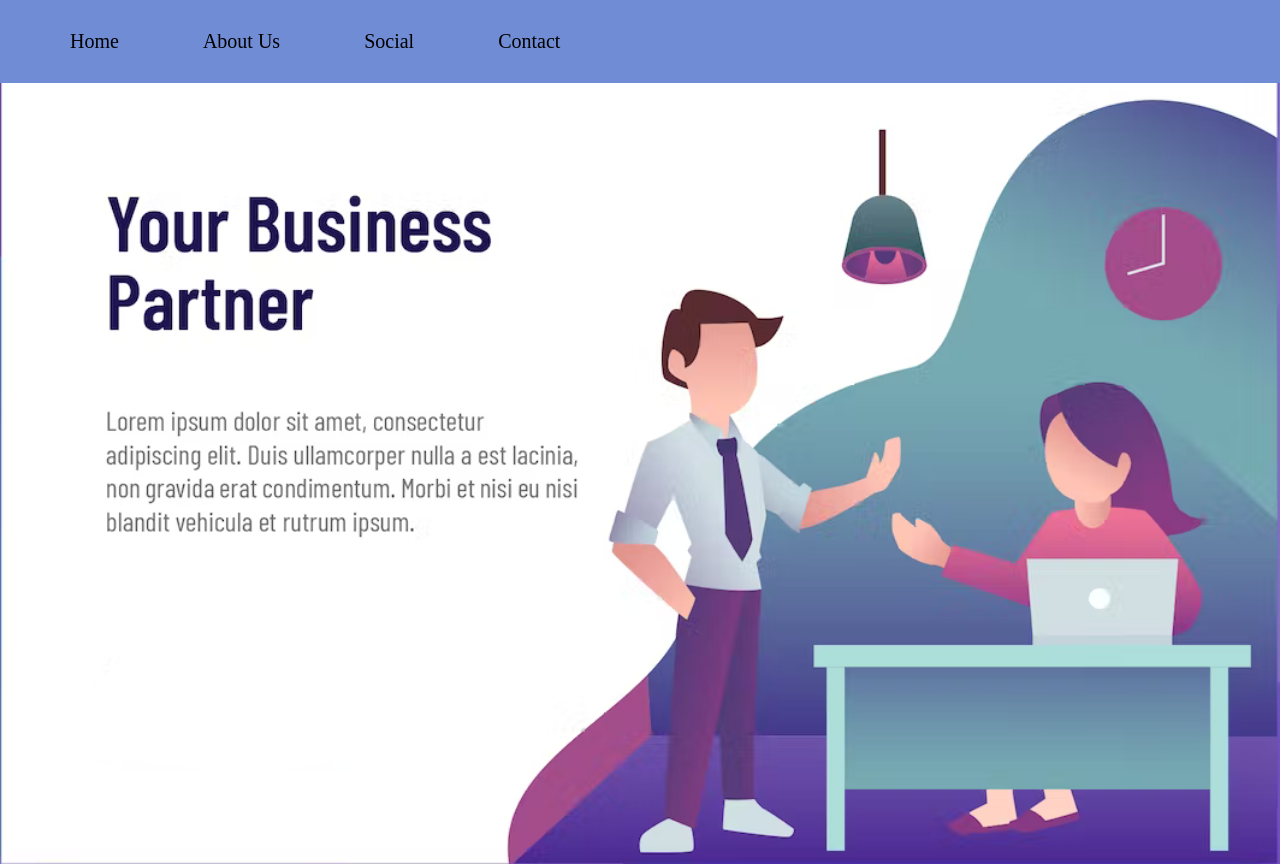
Repository: armanali13000/JAVA_CRUD
Page: http://localhost/CRUD_APP/
The author's editor kept a copy of each file at every save. The page is drawn from the files as they stood at one save, then again after the next save.
The browser window is 1280 px wide. The pictures show the whole page.
The page is served by Tomcat 9.

Above is the page before, as saved 2023-03-05 16:07:35.

After the next save:
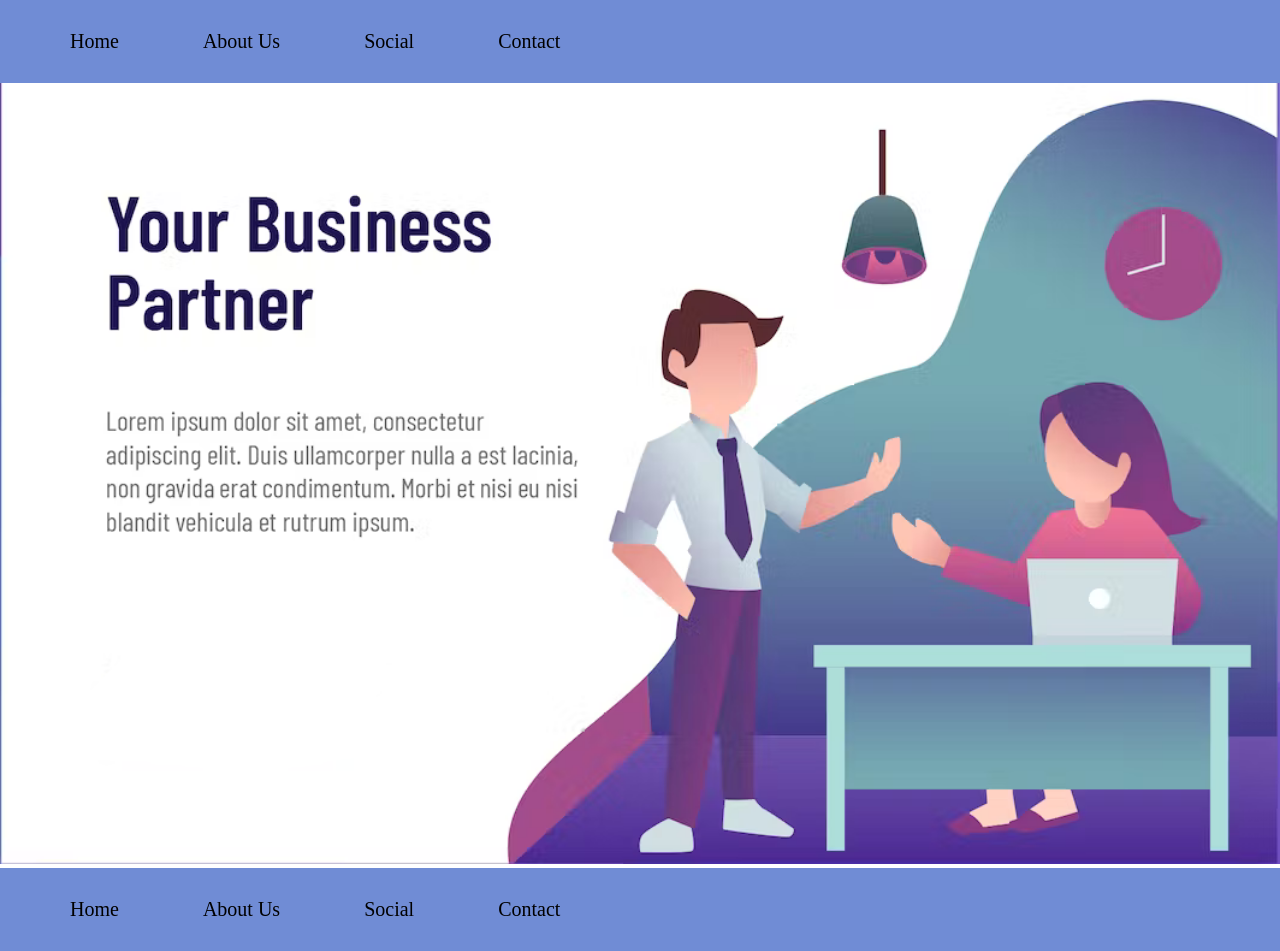
Saved 58 s later.
--- a/CRUD_APP/src/main/webapp/index.jsp
+++ b/CRUD_APP/src/main/webapp/index.jsp
@@ -23,7 +23,8 @@
 	<div>
 		<img class="coverImg" src="images/cover.png" alt="">
 	</div>
-
+		<!-- Footer -->
+	<%@ include file="Header.jsp" %>
 
 </body>
 </html>
